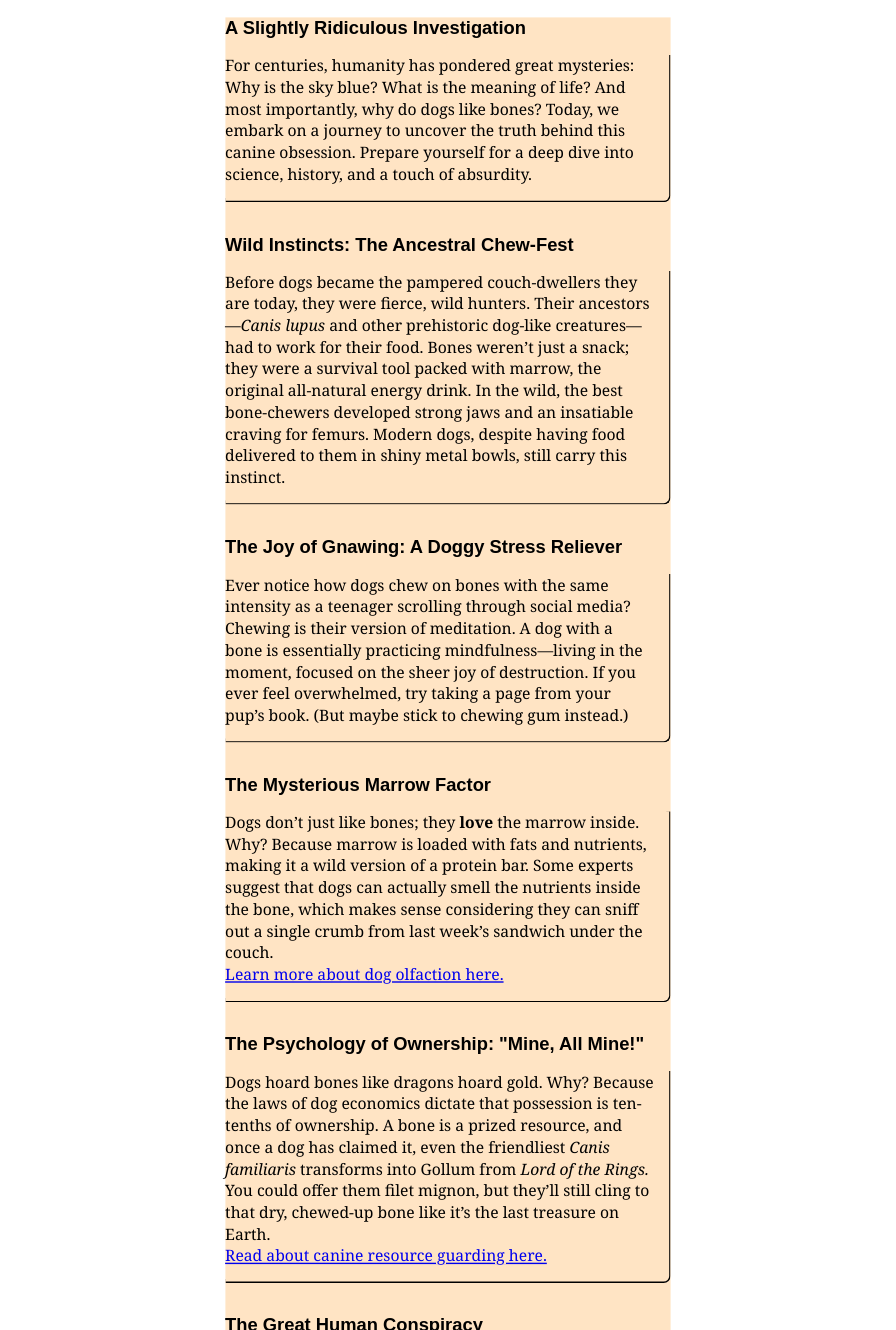
Repository: Leith-vdl/apprentice-challenge-1
Page: index.html
These files come from the project's save history. The page is drawn as it stood at one moment and after the next save; the edit follows.
The browser window is 1280 px wide. The pictures show the part of the page from y = 97 to 1997 px (the page is 2707 px tall), at 70% of full size.
A picture or video elsewhere on the page could not be fetched, so the positions and the page height are approximate. Some web fonts or font styles are not loaded; a fallback is used.

Above is the page before, as saved 2025-02-06 09:04:57.

After the next save:
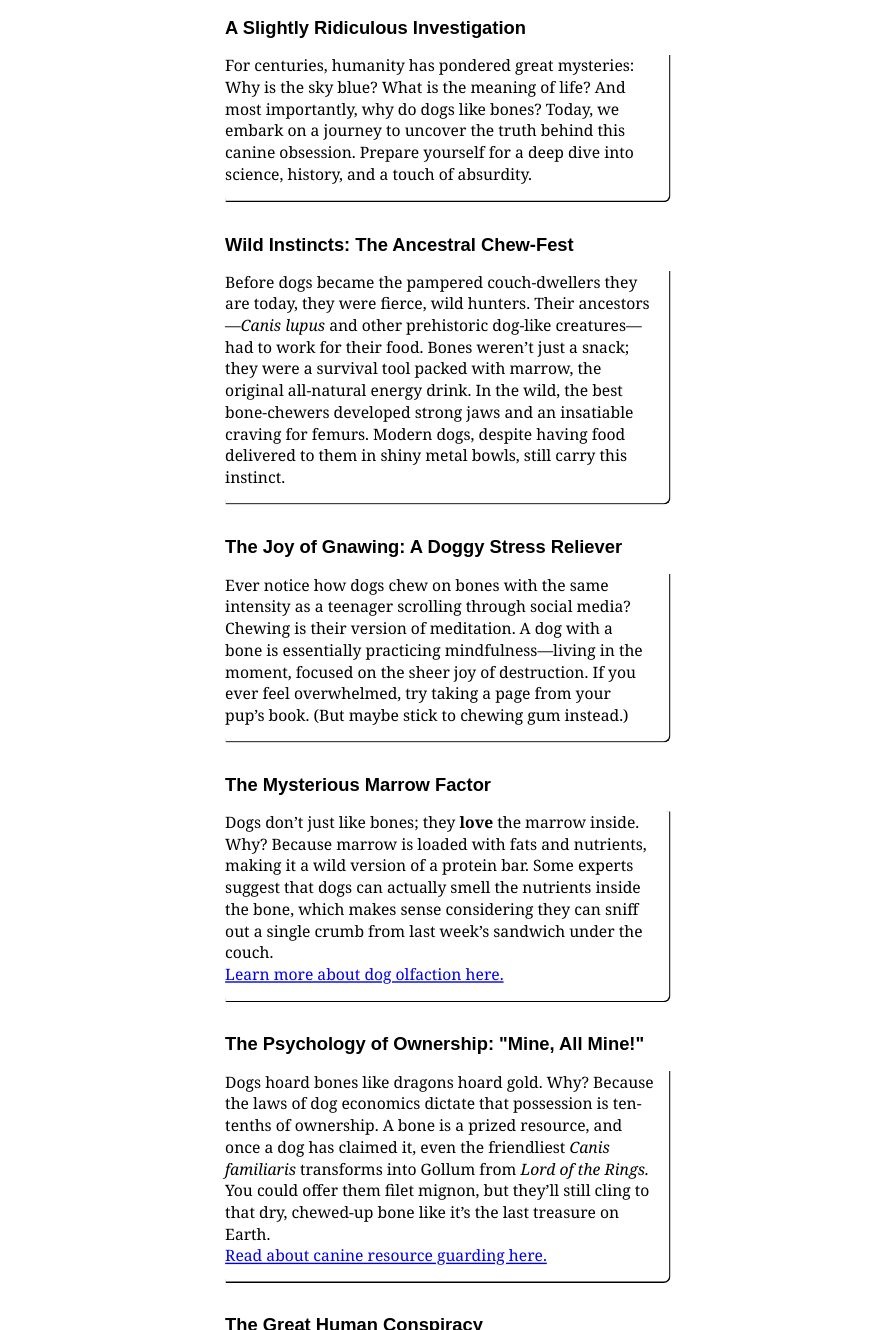
Saved 53 s later.
--- a/styles/styles.css
+++ b/styles/styles.css
@@ -5,7 +5,6 @@ body {
 
 main {
     margin: 0 14em;
-    background-color: bisque;
 }
 
 
